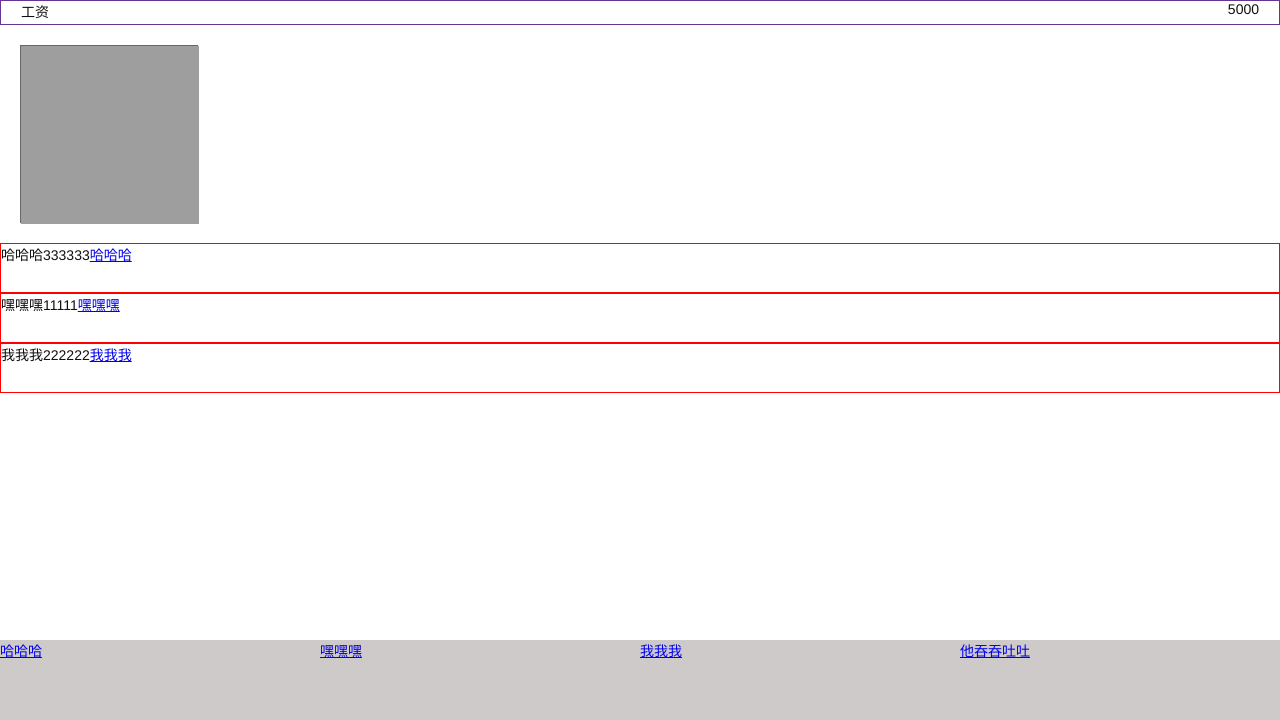
Repository: panlin520-team/lnmj-staffH5
Page: /#/salary
An editor plug-in stored every save of this project. The page is shown before and after a run of saves, followed by the edit.
The browser window is 1280 px wide. The pictures show the whole page.
Pictures or frames that could not be fetched are drawn as grey boxes. The project was rebuilt for these pictures with package versions that can differ from the ones it lists, and the page was loaded fresh each time. Also part of the build but not shown: src/views/Lojin.vue.

Above is the page before, as saved 2020-04-09 16:24:47.

After the next 2 saves:
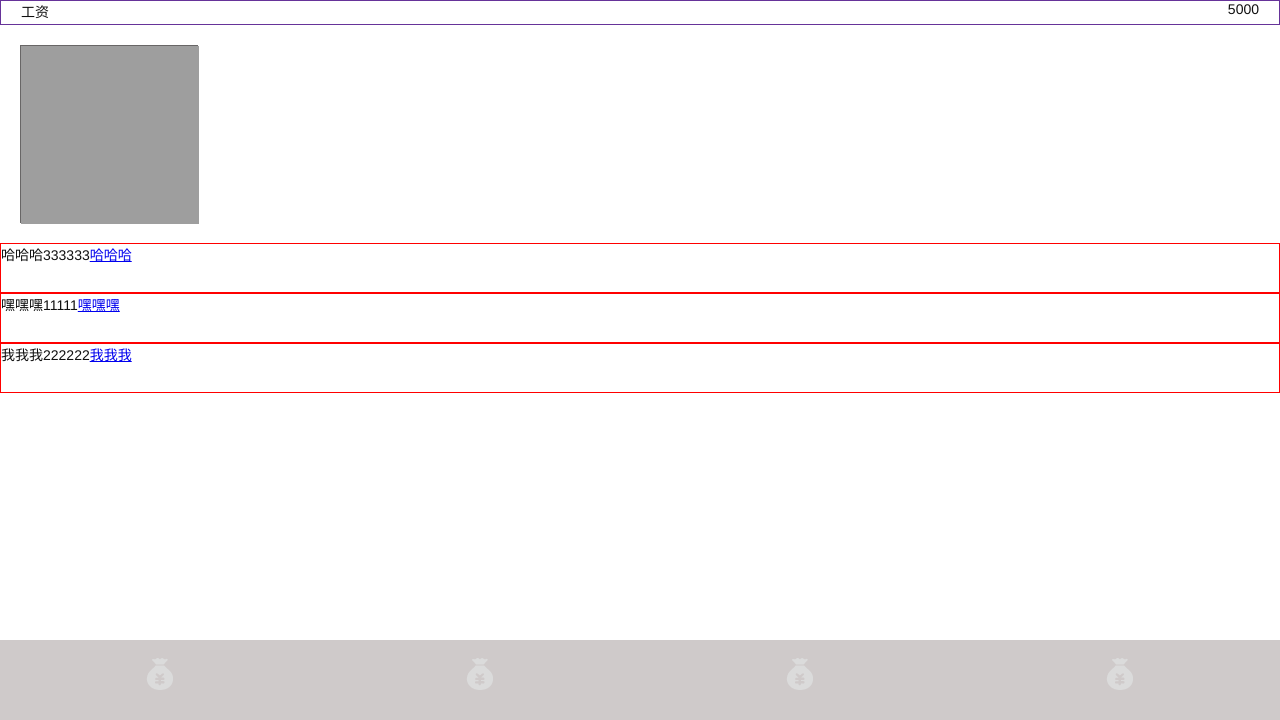
The 2 saves are shown as one change because they came seconds apart.
The last was saved 61 s later.
--- a/src/components/Btnnavigation.vue
+++ b/src/components/Btnnavigation.vue
@@ -25,9 +25,13 @@
       <div class="navitnew">
         <img src="../assets/images/wage.png" alt />
       </div>
-    </router-link> -->
+    </router-link>-->
     <div class="somenavigation" v-for="item in dataondter" :key="item.id">
-      <router-link class="somenavig" :to="{ path: item.path }">{{item.name}}</router-link>
+      <router-link class="somenavig" :to="{ path: item.path }">
+        <div class="navitnew">
+          <img src="../assets/images/wage.png" alt />
+        </div>
+      </router-link>
     </div>
   </div>
 </template>
@@ -42,23 +46,23 @@ export default {
         {
           name: "哈哈哈",
           number: "333333",
-          path:'/homepage'
+          path: "/homepage"
         },
         {
           name: "嘿嘿嘿",
           number: "11111",
-          path:'/Performance'
+          path: "/Performance"
         },
         {
           name: "我我我",
           number: "222222",
-          path:'/crew'
+          path: "/crew"
         },
         {
           name: "他吞吞吐吐",
           number: "7777777",
-          path:'/salary'
-        },
+          path: "/salary"
+        }
       ]
     };
   },
@@ -79,7 +83,7 @@ export default {
   background-color: rgb(207, 202, 202);
   .somenavigation {
     width: 25%;
-    .somenavig{
+    .somenavig {
       width: 100%;
       height: 100%;
     }
